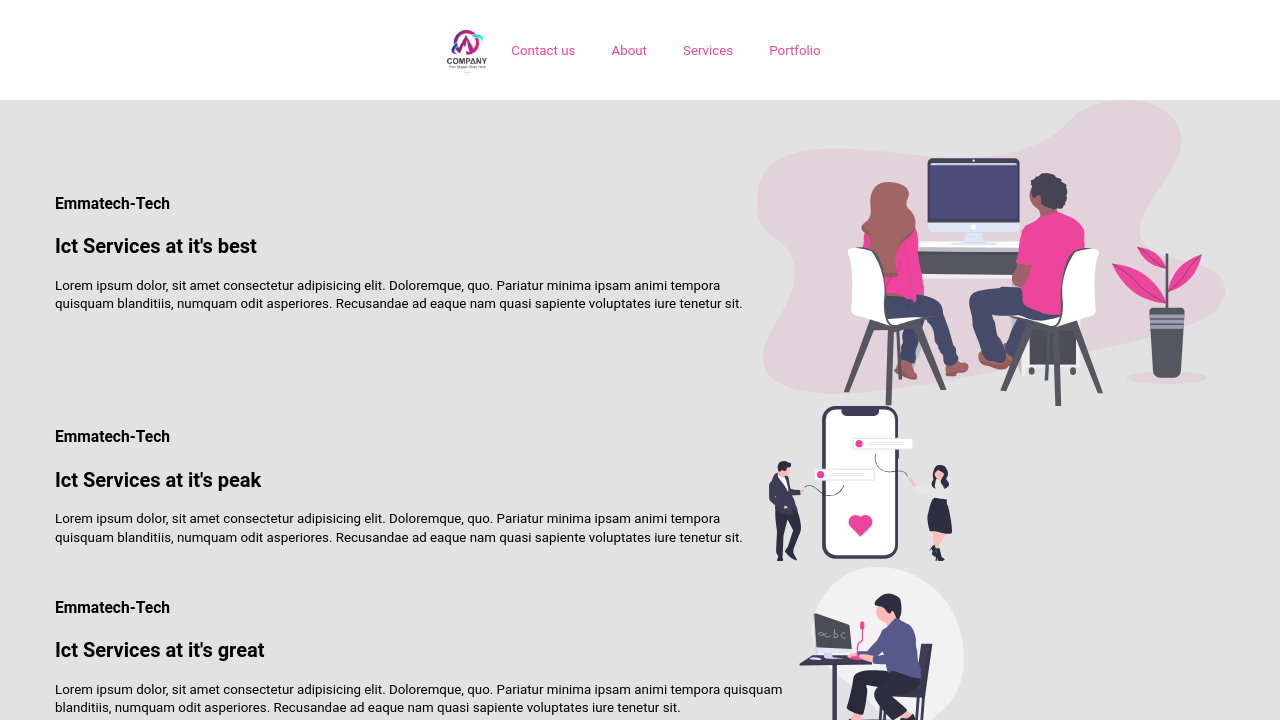
Repository: wisdomspine/emmatech-website
Page: index.html
The author's editor kept a copy of each file at every save. The page is drawn from the files as they stood at one save, then again after the next save.
The browser window is 1280 px wide. The pictures show the whole page.

Above is the page before, as saved 2020-10-05 11:33:13.

### index.html
<!DOCTYPE html>
<html lang="en">

<head>
    <meta charset="UTF-8">
    <meta name="viewport" content="width=device-width, initial-scale=1.0 max-scale=1.0">
    <title>Emmatech ICT</title>
    <link rel="stylesheet" href="./assets/styles/styles.css">
    <link rel="stylesheet" href="./assets/styles/home-slide.css">
</head>

<body>
    <header class="header">
        <div class="container">
            <img src="./assets/images/logo.png" alt="">
            <nav>
                <ul>
                    <li>
                        <a href="#">Contact us</a>
                    </li>
                    <li>
                        <a href="#">About</a>
                    </li>
                    <li>
                        <a href="#">Services</a>
                    </li>
                    <li>
                        <a href="#">Portfolio</a>
                    </li>
                </ul>
            </nav>
        </div>
    </header>

    <section class="home-slide">
        <div>
            <div class="container">
                <article>
                    <header>
                        <h1>Emmatech-Tech</h1>
                        <h2>Ict Services at it's best</h2>
                    </header>
                    <p>
                        Lorem ipsum dolor, sit amet consectetur adipisicing elit. Doloremque, quo. Pariatur minima ipsam
                        animi tempora quisquam blanditiis, numquam odit asperiores. Recusandae ad eaque nam quasi
                        sapiente voluptates iure tenetur sit.

                    </p>
                </article>
                <img src="./assets/images/slide/slide1.svg" alt="">
            </div>
        </div>
        <div>
            <div class="container">
                <article>
                    <header>
                        <h1>Emmatech-Tech</h1>
                        <h2>Ict Services at it's peak</h2>
                    </header>
                    <p>
                        Lorem ipsum dolor, sit amet consectetur adipisicing elit. Doloremque, quo. Pariatur minima ipsam
                        animi tempora quisquam blanditiis, numquam odit asperiores. Recusandae ad eaque nam quasi
                        sapiente voluptates iure tenetur sit.

                    </p>
                </article>
                <div>
                    <img src="./assets/images/slide/slide2.svg" alt="">
                </div>
            </div>
        </div>
        <div>
            <div class="container">
                <article>
                    <header>
                        <h1>Emmatech-Tech</h1>
                        <h2>Ict Services at it's great</h2>
                    </header>
                    <p>
                        Lorem ipsum dolor, sit amet consectetur adipisicing elit. Doloremque, quo. Pariatur minima ipsam
                        animi tempora quisquam blanditiis, numquam odit asperiores. Recusandae ad eaque nam quasi
                        sapiente voluptates iure tenetur sit.

                    </p>
                </article>
                <div>
                    <img src="./assets/images/slide/slide3.svg" alt="">
                </div>
            </div>
        </div>
    </section>
</body>

</html>

### assets/styles/styles.css
@import "./preset.css";
@import "./page-header.css";

.container {
  max-width: 1170px;
  margin-left: auto;
  margin-right: auto;
}

### assets/styles/home-slide.css
@import "./variables.css";

.home-slide {
  height: calc(100vh - var(--header-height));
  overflow: hidden;
}

.home-slide .container {
  display: flex;
  flex-flow: row nowrap;
  align-items: center;
}

.home-slide .container img {
  width: 40%;
}

### assets/styles/preset.css
/* @font-face {
  font-family: "Roboto";
  src: "../fonts/Roboto /Roboto-Regular.ttf";
} */
@import "./variables.css";
* {
  box-sizing: border-box;
  text-rendering: optimizeLegibility;
  -webkit-font-smoothing: antialiased;
  -moz-osx-font-smoothing: grayscale;
  font-kerning: auto;
}
html {
  font-size: 10pt;
  line-height: 1.4;
  font-weight: 400;
  font-family: "Roboto";
  -webkit-text-size-adjust: 100%;
}
body {
  margin: 0;
  background-color: var(--bg-color);
}

a,
a:hover,
a:active,
a:focus {
  text-decoration: none;
}

### assets/styles/page-header.css
@import "./variables.css";
.header {
  display: flex;
  flex-flow: row nowrap;
  justify-content: space-between;
  padding: var(--padding-large);
  height: var(--header-height);
  overflow: hidden;
  background-color: var(--card-color);
}

.header .container {
  display: flex;
  flex-flow: row nowrap;
  justify-content: space-between;
}

.header img {
  display: inline-block;
  height: 100%;
}

.header nav ul {
  list-style: none;
  display: flex;
  flex-flow: row nowrap;
  padding: 0;
  margin: 0;
}

.header nav ul li {
  padding: var(--padding-mid);
}

.header nav ul a {
  color: var(--accent-link-color);
}
.header nav ul a:hover {
  opacity: 0.9;
}

### assets/styles/variables.css
:root {
  --bg-color: #e1e2e1;
  --padding-large: 24px;
  --padding-mid: 18px;
  --header-height: 100px;
  --card-color: #ffffff;
  --accent-link-color: #ed459c;
}

Loaded but not shown: assets/images/slide/slide1.svg (1 lines, source omitted)

After the next save:
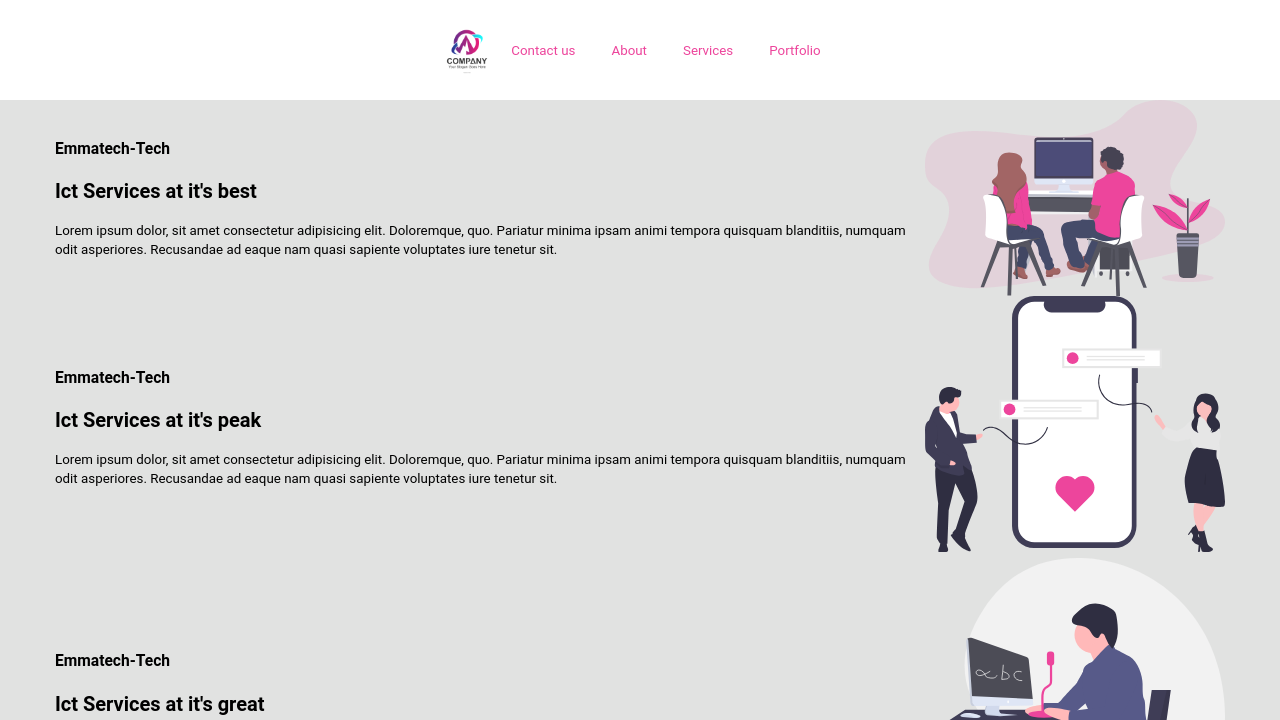
Saved 39 s later.
--- a/assets/styles/home-slide.css
+++ b/assets/styles/home-slide.css
@@ -12,5 +12,5 @@
 }
 
 .home-slide .container img {
-  width: 40%;
+  max-width: 300px;
 }
